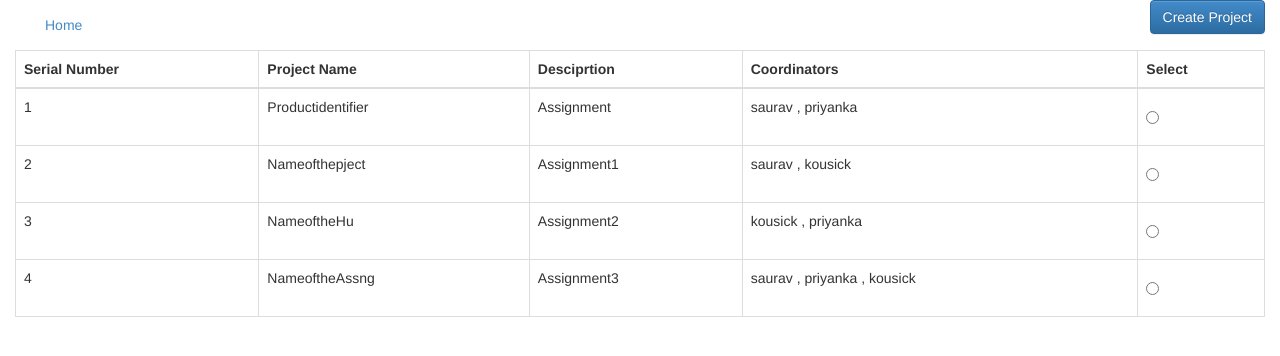
Repository: srvsngh200892/DO-IT-Seed
Page: DOIT/WebContent/app/index.html
The author's editor kept a copy of each file at every save. The page is drawn from the files as they stood at one save, then again after the next save.
The browser window is 1280 px wide. The pictures show the whole page.

Above is the page before, as saved 2014-06-29 19:36:53.

After the next save:
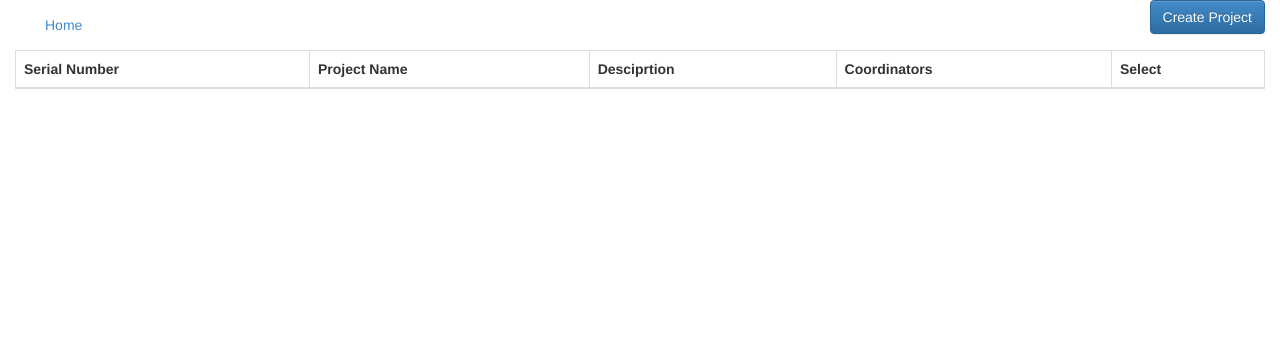
Saved 28 s later.
--- a/DOIT/WebContent/app/js/controllers.js
+++ b/DOIT/WebContent/app/js/controllers.js
@@ -4,32 +4,7 @@
 
 angular.module('myApp.controllers', [])
   .controller('ProjectDetails', ['$scope','$modal', '$log', function($scope, ProjectsService) {
-     $scope.projectlist = [
-                           {
-                               "id": 1,
-                               "description": "Productidentifier",
-                               "name": "Assignment",
-                               "coordinators":['saurav','priyanka']
-                           },
-                           {
-                               "description": "Nameofthepject",
-                               "id": 2,
-                               "name": "Assignment1",
-                              "coordinators":['saurav','kousick']
-                           },
-                           {
-                               "description": "NameoftheHu",
-                               "id": 3,
-                               "name": "Assignment2",
-                            	"coordinators":["kousick","priyanka"]
-                           },
-                           {
-                               "description": "NameoftheAssng",
-                               "id": 4,
-                               "name": "Assignment3",
-                            	"coordinators":['saurav','priyanka','kousick',]
-                           }
-                       ];
+     $scope.projectlist = ProjectsService.list();
 
 
 

After the 4 saves that followed:
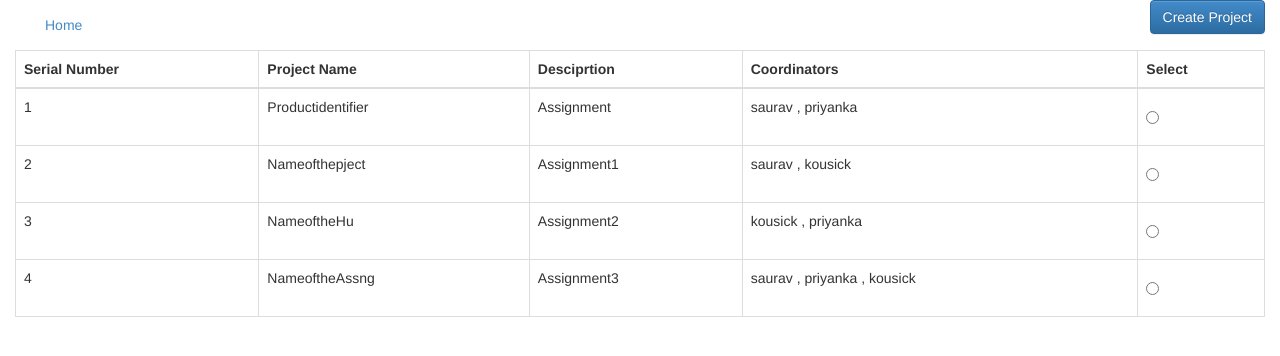
The 4 saves are shown as one change because 3 left the picture as it was.
The last was saved 7 min 59 s later.
--- a/DOIT/WebContent/app/js/services.js
+++ b/DOIT/WebContent/app/js/services.js
@@ -35,6 +35,6 @@
 
 	// simply returns the contacts list
 	this.list = function() {
-		return projects;
+		return projectlist;
 	};
 });
--- a/DOIT/WebContent/app/js/controllers.js
+++ b/DOIT/WebContent/app/js/controllers.js
@@ -3,7 +3,7 @@
 /* Controllers */
 
 angular.module('myApp.controllers', [])
-  .controller('ProjectDetails', ['$scope','$modal', '$log', function($scope, ProjectsService) {
+  .controller('ProjectDetails', ['$scope','ProjectsService', function($scope, ProjectsService) {
      $scope.projectlist = ProjectsService.list();
 
 
